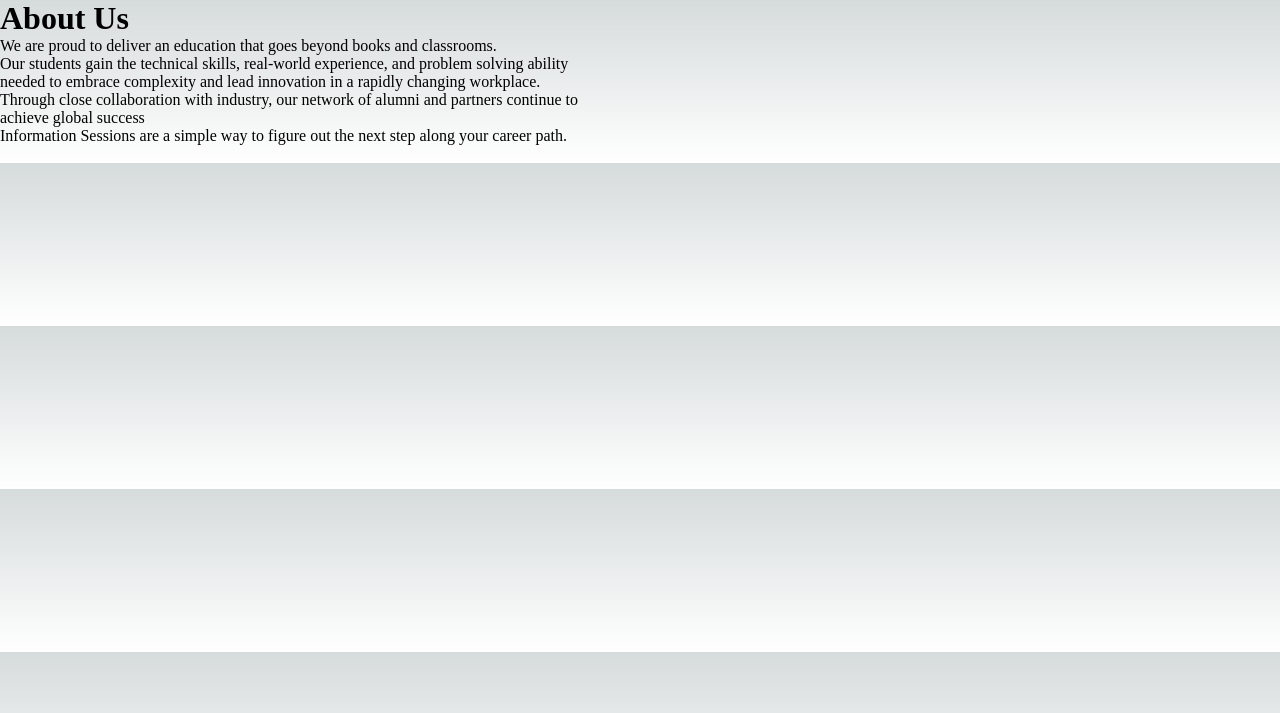
Repository: jennydmcm/assignment-1-playwright-site-A01338943
Page: /about
The author's editor kept a copy of each file at every save. The page is drawn from the files as they stood at one save, then again after the next save.
The browser window is 1280 px wide. The pictures show the whole page.
The project was rebuilt for these pictures with package versions that can differ from the ones it lists, and the page was loaded fresh each time. The framework's server and built-in components were replaced by stand-ins that run in the browser. Also part of the build but not shown: next.config.js, styles/About.module.css.

Above is the page before, as saved 2023-02-03 16:07:15.

### pages/_app.js
import '../styles/globals.css'
import '../styles/variables.css'

function MyApp({ Component, pageProps }) {
  return <Component {...pageProps} />
}

export default MyApp

### pages/about.js
import Head from 'next/head'
import Image from 'next/image'
import { Inter } from '@next/font/google'
import styles from '@/styles/About.module.css'

const inter = Inter({ subsets: ['latin'] })

export default function Home() {
  return (
    <>
      <Head>
        <title>{'About Us'}</title>
        <meta name="description" content="Generated by create next app" />
        <meta name="viewport" content="width=device-width, initial-scale=1" />
        <meta name="author" content={'MDIA 2109'} />
        <meta name="og:title" content={"Assignment #1 - About Us Page"}/>
        <meta name="og:description" content={'BCIT Digital Design and Development Diploma'} />
        <link rel="icon" href="/favicon.png" />
      </Head>
      <main className={styles.main}>
        <header>
          <div>
            <h1>About Us</h1>
            <h1></h1>
          </div>
          <div>
            <p>We are proud to deliver an education that goes beyond books and classrooms.</p>
            <p>Our students gain the technical skills, real-world experience, and problem solving ability <br></br>
            needed to embrace complexity and lead innovation in a rapidly changing workplace.</p>
            <p>Through close collaboration with industry, our network of alumni and partners continue to <br></br>
            achieve global success</p>
            <p>Information Sessions are a simple way to figure out the next step along your career path. <br></br></p>
            <p></p>
            <p></p>
            <p></p>
          </div>
          <div>
            <h2></h2>
            <h2></h2>
          </div>
          <div>
            <h3></h3>
          </div>
    </header>
      </main>

      <a>
        <span>
          <img></img>
          <img></img>
        </span>
      </a>


    </>
  )
}

### styles/variables.css
:root{
    --primary-color: #fff;
    --secondary-color: #f4d6b9;
    --ternary-color: #14343d;
    --quaternary-color: #14343d;
    --quinary-color: rgba(16,46,53,0.5);

}

Loaded but not shown: pages/_document.js (common file); styles/globals.css (common file)

After the next save:
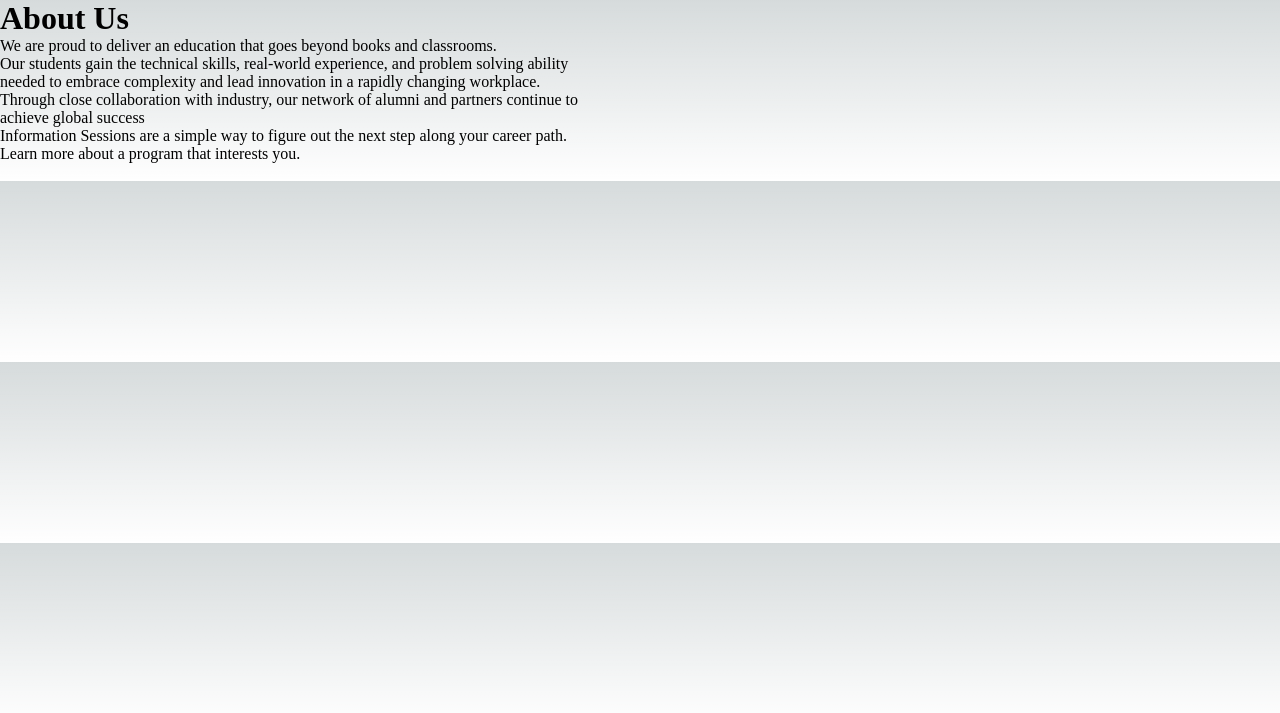
Saved 23 s later.
--- a/pages/about.js
+++ b/pages/about.js
@@ -29,7 +29,8 @@ export default function Home() {
             needed to embrace complexity and lead innovation in a rapidly changing workplace.</p>
             <p>Through close collaboration with industry, our network of alumni and partners continue to <br></br>
             achieve global success</p>
-            <p>Information Sessions are a simple way to figure out the next step along your career path. <br></br></p>
+            <p>Information Sessions are a simple way to figure out the next step along your career path. <br></br>
+            Learn more about a program that interests you.</p>
             <p></p>
             <p></p>
             <p></p>
